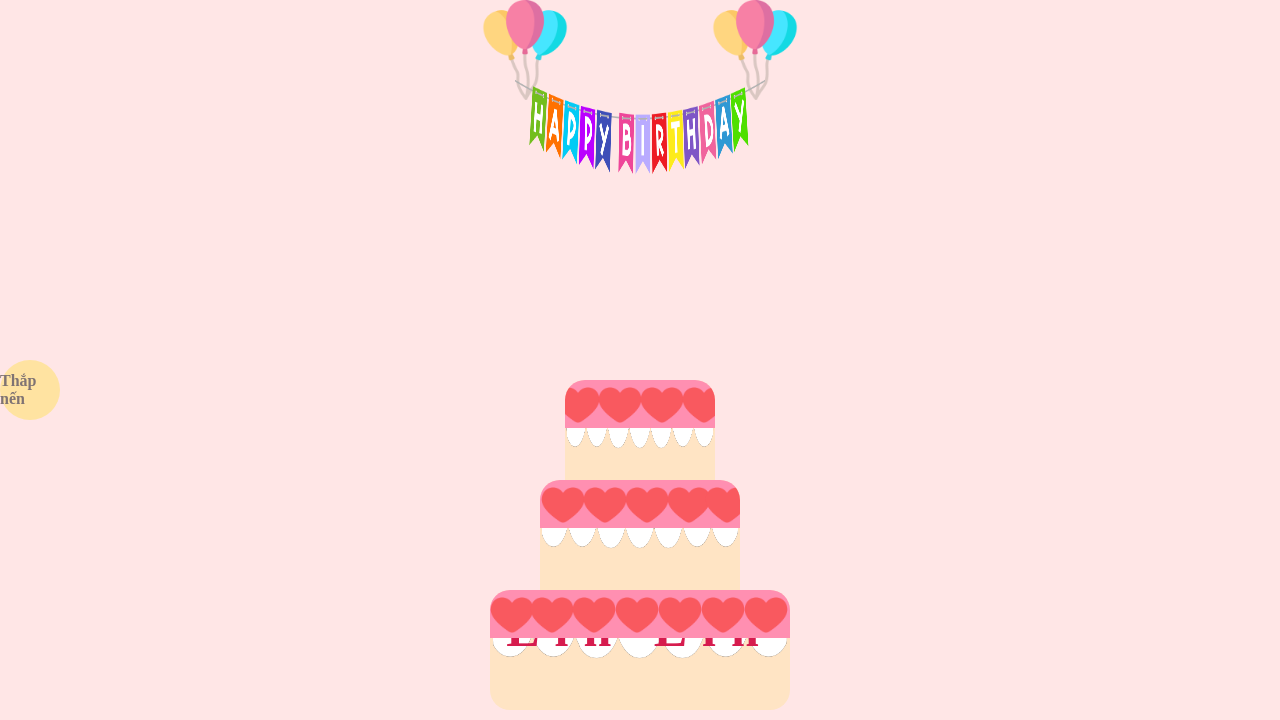
Repository: iphoneboy46/happybirthday
Page: index.html
The author's editor kept a copy of each file at every save. The page is drawn from the files as they stood at one save, then again after the next save.
The browser window is 1280 px wide. The pictures show the whole page.
Some web fonts or font styles are not loaded; a fallback is used.

Above is the page before, as saved 2022-11-28 21:34:53.

### index.html
<!DOCTYPE html>
<html lang="en">
  <head>
    <meta charset="UTF-8" />
    <meta http-equiv="X-UA-Compatible" content="IE=edge" />
    <meta name="viewport" content="width=device-width, initial-scale=1.0" />
    <title>Happy Birthday</title>
    <link rel="stylesheet" href="style.css" />
  </head>
  <body>
    <div class="container">
      <div class="cake">
        <div class="top--cake">
          <div class="img-wavy">
            <img src="image/img1.png" alt="" />
          </div>

          <div class="img-heart-1--top">
            <img src="image/heart.png" alt="" />
          </div>
          <div class="img-heart-2--top">
            <img src="image/heart.png" alt="" />
          </div>
          <div class="img-heart-3--top">
            <img src="image/heart.png" alt="" />
          </div>
          <div class="img-heart-4--top">
            <img src="image/heart.png" alt="" />
          </div>

          <div class="border-cake"></div>
        </div>
        <div class="center--cake">
          <div class="img-wavy">
            <img src="image/img1.png" alt="" />
          </div>
          <div class="img-heart-1--center">
            <img src="image/heart.png" alt="" />
          </div>
          <div class="img-heart-2--center">
            <img src="image/heart.png" alt="" />
          </div>
          <div class="img-heart-3--center">
            <img src="image/heart.png" alt="" />
          </div>
          <div class="img-heart-4--center">
            <img src="image/heart.png" alt="" />
          </div>
          <div class="img-heart-5--center">
            <img src="image/heart.png" alt="" />
          </div>
          <div class="img-heart-6--center">
            <img src="image/heart.png" alt="" />
          </div>
          <div class="img-heart-7--center">
            <img src="image/heart.png" alt="" />
          </div>

          <div class="border-cake"></div>
        </div>
        <div class="bottom--cake">
          <div class="img-wavy">
            <img src="image/img1.png" alt="" />
          </div>

          <div class="img-heart-1">
            <img src="image/heart.png" alt="" />
          </div>
          <div class="img-heart-2">
            <img src="image/heart.png" alt="" />
          </div>
          <div class="img-heart-3">
            <img src="image/heart.png" alt="" />
          </div>
          <div class="img-heart-4">
            <img src="image/heart.png" alt="" />
          </div>
          <div class="img-heart-5">
            <img src="image/heart.png" alt="" />
          </div>
          <div class="img-heart-6">
            <img src="image/heart.png" alt="" />
          </div>
          <div class="img-heart-7">
            <img src="image/heart.png" alt="" />
          </div>
          <div class="img-heart-8">
            <img src="image/heart.png" alt="" />
          </div>

          <div class="border-cake"></div>
        </div>
        <div class="fire2">
          <img src="music/luanen.gif" alt="" />
        </div>
        <div class="fire4">
          <img src="music/luanen.gif" alt="" />
        </div>
        <div class="number2">
          <img src="image/number2png.png" alt="" />
        </div>
        <div class="number4">
          <img src="image/number4.png" alt="" />
        </div>
      </div>
      <h1 class="name">Lin Lin</h1>
      <h2 class="day">29-11</h2>
      <audio class="audioHpbd" controls autoplay>
        <source src="music/Happy Birthday -Piano Cover.mp3" type="audio/mpeg" />
      </audio>
      <div class="hpbd">
        <div class="text-hbbd">
          <img src="image/hbbdpng.png" alt="" />
        </div>
        <div class="bongbong1">
          <img src="image/balloon.png" alt="" />
        </div>
        <div class="bongbong2">
          <img src="image/balloon.png" alt="" />
        </div>
      </div>
      <div class="btnThapnen">Thắp nến</div>
      <div class="btnThoinen">Thổi nến</div>
    </div>
    <script src="index.js"></script>
  </body>
</html>

### style.css
@import url('https://fonts.googleapis.com/css2?family=Fleur+De+Leah&display=swap');

* {
    padding: 0;
    margin: 0;
    box-sizing: border-box;
    font-family: 'Fleur De Leah', cursive;

}

body {
    overflow: hidden;
}

.container {
    width: 100%;
    background-color: #FFE6E6;
    /* background-color: black; */
    height: 100vh;
    display: flex;
    justify-content: center;
    align-items: flex-end;

}

.cake {
    display: flex;
    flex-direction: column;
    justify-content: center;
    align-items: center;
    animation: cake-scale linear 5s;
}

@keyframes cake-scale {
    0% {
        transform: scale(0)
    }

    100% {
        transform: scale(1)
    }
}

.top--cake {
    position: relative;
    overflow: hidden;
    width: 150px;
    height: 100px;
    background-color: bisque;
    border-top-left-radius: 20px;
    border-top-right-radius: 20px;
}



.center--cake {
    position: relative;
    overflow: hidden;
    width: 200px;
    height: 110px;
    background-color: bisque;
    border-top-left-radius: 20px;
    border-top-right-radius: 20px;
}


.bottom--cake {
    position: relative;
    overflow: hidden;
    width: 300px;
    height: 120px;
    background-color: bisque;
    border-radius: 20px;
    margin-bottom: 10px;
}



.img-wavy {
    width: 100%;
    height: 70px;
}

.img-wavy img {
    width: 100%;
    height: 100%;
}

.img-heart-1 {
    z-index: 3;
    position: absolute;
    top: 0px;
    left: -3px;
    width: 50px;
    height: 50px;
}


.img-heart-1 img {
    width: 100%;
    height: 100%;
}

.img-heart-2 {
    z-index: 3;
    position: absolute;
    top: 0px;
    left: 37px;
    width: 50px;
    height: 50px;
}


.img-heart-2 img {
    width: 100%;
    height: 100%;
}


.img-heart-3 {
    z-index: 3;
    position: absolute;
    top: 0px;
    left: 79px;
    width: 50px;
    height: 50px;
}


.img-heart-3 img {
    width: 100%;
    height: 100%;
}

.img-heart-4 {
    z-index: 3;
    position: absolute;
    top: 0px;
    left: 122px;
    width: 50px;
    height: 50px;
}


.img-heart-4 img {
    width: 100%;
    height: 100%;
}

.img-heart-5 {
    z-index: 3;
    position: absolute;
    top: 0px;
    left: 165px;
    width: 50px;
    height: 50px;
}


.img-heart-5 img {
    width: 100%;
    height: 100%;
}

.img-heart-6 {
    z-index: 3;
    position: absolute;
    top: 0px;
    left: 208px;
    width: 50px;
    height: 50px;
}


.img-heart-6 img {
    width: 100%;
    height: 100%;
}

.img-heart-7 {
    z-index: 3;
    position: absolute;
    top: 0px;
    left: 251px;
    width: 50px;
    height: 50px;
}


.img-heart-7 img {
    width: 100%;
    height: 100%;
}



.border-cake {
    z-index: 2;
    position: absolute;
    top: 0;
    width: 100%;
    height: 48px;
    background-color: #FF8FB1;
}


.img-heart-1--center {
    z-index: 3;
    position: absolute;
    top: 0px;
    left: -2px;
    width: 50px;
    height: 50px;
}


.img-heart-1--center img {
    width: 100%;
    height: 100%;
}

.img-heart-2--center {
    z-index: 3;
    position: absolute;
    top: 0px;
    left: 40px;
    width: 50px;
    height: 50px;
}


.img-heart-2--center img {
    width: 100%;
    height: 100%;
}


.img-heart-3--center {
    z-index: 3;
    position: absolute;
    top: 0px;
    left: 82px;
    width: 50px;
    height: 50px;
}


.img-heart-3--center img {
    width: 100%;
    height: 100%;
}

.img-heart-4--center {
    z-index: 3;
    position: absolute;
    top: 0px;
    left: 124px;
    width: 50px;
    height: 50px;
}


.img-heart-4--center img {
    width: 100%;
    height: 100%;
}

.img-heart-5--center {
    z-index: 3;
    position: absolute;
    top: 0px;
    left: 260px;
    width: 50px;
    height: 50px;
}


.img-heart-5--center img {
    width: 100%;
    height: 100%;
}

.img-heart-6--center {
    z-index: 3;
    position: absolute;
    top: 0px;
    left: 330px;
    width: 50px;
    height: 50px;
}


.img-heart-6--center img {
    width: 100%;
    height: 100%;
}

.img-heart-7--center {
    z-index: 3;
    position: absolute;
    top: 0px;
    left: 162px;
    width: 50px;
    height: 50px;
}


.img-heart-7--center img {
    width: 100%;
    height: 100%;
}



.img-heart-1--top {
    z-index: 3;
    position: absolute;
    top: 0px;
    left: -12px;
    width: 50px;
    height: 50px;
}


.img-heart-1--top img {
    width: 100%;
    height: 100%;
}

.img-heart-2--top {
    z-index: 3;
    position: absolute;
    top: 0px;
    left: 30px;
    width: 50px;
    height: 50px;
}


.img-heart-2--top img {
    width: 100%;
    height: 100%;
}


.img-heart-3--top {
    z-index: 3;
    position: absolute;
    top: 0px;
    left: 72px;
    width: 50px;
    height: 50px;
}


.img-heart-3--top img {
    width: 100%;
    height: 100%;
}

.img-heart-4--top {
    z-index: 3;
    position: absolute;
    top: 0px;
    left: 114px;
    width: 50px;
    height: 50px;
}


.img-heart-4--top img {
    width: 100%;
    height: 100%;
}

.number2 {
    position: absolute;
    width: 60px;
    height: 92px;
    top: 242px;
    left: 40%;
    transform: translateX(-50%);
    animation: num linear 10s
}


.number2 img {
    width: 100%;
    height: 100%;
}

.number4 {
    position: absolute;
    width: 100px;
    height: 100px;
    top: 242px;
    left: 59%;
    transform: translateX(-50%);
    animation: num linear 10s
}

@keyframes num {
    0% {
        top: -2000px;
        opacity: 0;
    }

    100% {
        top: 242px;
        opacity: 1;
    }
}

.number4 img {
    width: 100%;
    height: 100%;
}


.hpbd {
    top: 0px;
    position: absolute;
    animation: topText linear 5s;
}

@keyframes topText {
    0% {
        top: 1000px;
    }

    100% {
        top: 0px;
    }
}


.text-hbbd {
    transform: translateX(-50%);
    position: absolute;
    top: 80px;
    left: 50%;
    width: 250px;
    height: 100px;
    z-index: 10;

}



.text-hbbd img {
    width: 100%;
    height: 100%;
}

.bongbong1 {
    position: absolute;
    width: 100px;
    height: 100px;
    left: 65px;
    top: 0px;

    animation: dungdua1 linear 5s infinite;
}

@keyframes dungdua1 {
    0% {
        transform: rotate(0deg)
    }


    50% {
        transform: rotate(10deg)
    }

    100% {
        transform: rotate(0deg)
    }
}



.bongbong1 img {
    width: 100%;
    height: 100%;
}


.bongbong2 {
    position: absolute;
    width: 100px;
    height: 100px;
    right: 65px;
    top: 0px;
    animation: dungdua2 linear 5s infinite;
    animation-delay: 15s;
}

@keyframes dungdua2 {
    0% {
        transform: rotate(0deg)
    }


    50% {
        transform: rotate(-10deg)
    }

    100% {
        transform: rotate(0deg)
    }
}

.bongbong2 img {
    width: 100%;
    height: 100%;
}

.audioHpbd {
    display: none;
}

.name {
    text-align: center;
    top: 600px;
    position: absolute;
    font-size: 50px;
    letter-spacing: 15px;
    color: #D61C4E;
    animation: cake-scale linear 5s;

}


.day {
    text-align: center;
    top: 490px;
    position: absolute;
    font-size: 40px;
    letter-spacing: 15px;
    color: #D61C4E;
    animation: cake-scale linear 5s;

}


.fire2 {
    display: none;
    position: absolute;
    top: 205px;
    left: 135px;
    width: 50px;
    height: 50px;
}

.fire2 img {
    width: 100%;
    height: 100%;
}


.fire4 {
    display: none;
    position: absolute;
    top: 205px;
    right: 128px;
    width: 50px;
    height: 50px;
}

.fire4 img {
    width: 100%;
    height: 100%;
}

.btnThapnen {
    display: flex;
    justify-content: center;
    align-items: center;
    flex-direction: column;
    border-radius: 50%;
    width: 60px;
    height: 60px;
    position: absolute;
    font-weight: bolder;
    top: 50%;
    left: 0;
    user-select: none;
    background-color: #FFE15D;
    animation: thapNen linear 10s;
    opacity: 1;
}

@keyframes thapNen {
    0%{
        opacity: 0;
    }
    100%{
        opacity: 1;
    }
}


.btnThoinen {
    display: flex;
    justify-content: center;
    align-items: center;
    flex-direction: column;
    border-radius: 50%;
    width: 60px;
    height: 60px;
    position: absolute;
    font-weight: bolder;
    top: 50%;
    right:0;
    user-select: none;
    background-color: #FFE15D;
    display: none;
}

### index.js
const btnThapnen = document.querySelector(".btnThapnen");
const btnThoinen = document.querySelector(".btnThoinen");

const con = document.querySelector(".container");
const fire2 = document.querySelector(".fire2");
const fire4 = document.querySelector(".fire4");


btnThapnen.onclick = () => {
    btnThoinen.style.display = "flex";
    btnThapnen.style.display ="none"
    con.style.backgroundColor = "black";
    fire2.style.display = "block";
    fire4.style.display = "block";

};


btnThoinen.onclick = () => {
    btnThoinen.style.display = "none";
    btnThapnen.style.display ="flex"
    con.style.backgroundColor = "#FFE6E6";
    fire2.style.display = "none";
    fire4.style.display = "none";
};

After the next save:
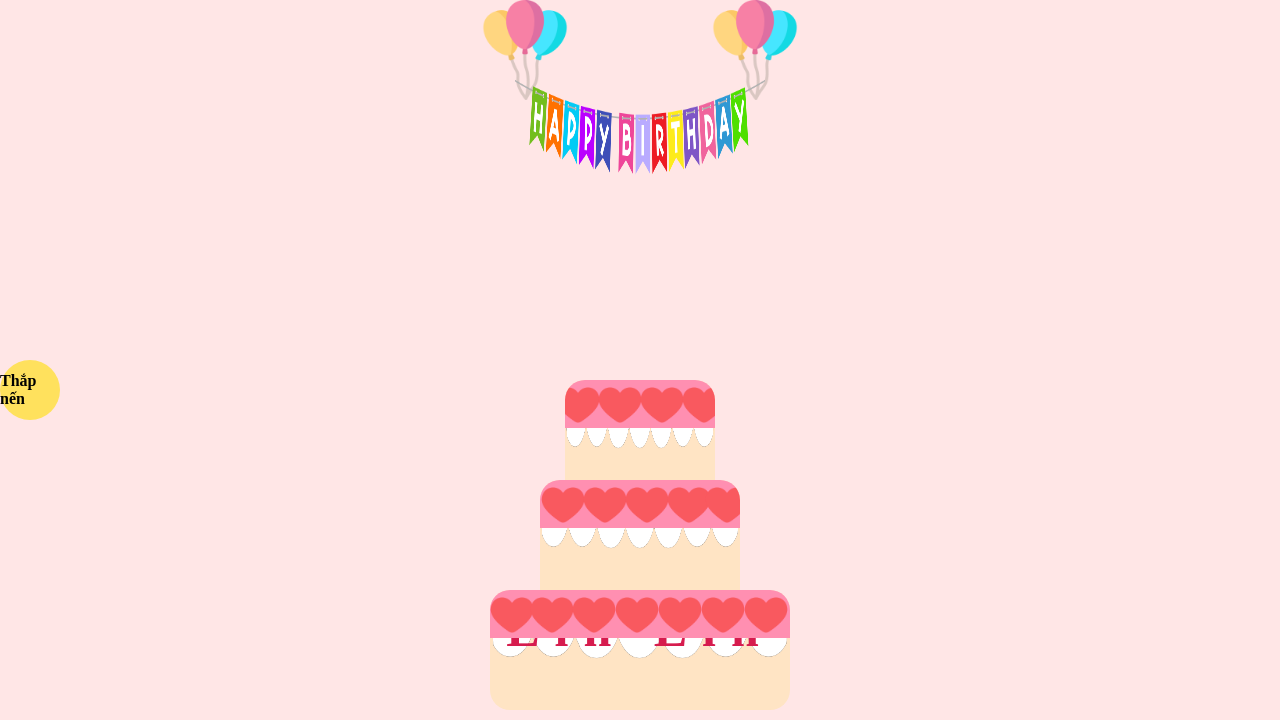
Saved 9 s later.
--- a/style.css
+++ b/style.css
@@ -587,7 +587,9 @@
     user-select: none;
     background-color: #FFE15D;
     animation: thapNen linear 10s;
+    animation-delay: 20s;
     opacity: 1;
+
 }
 
 @keyframes thapNen {

After the save that followed:
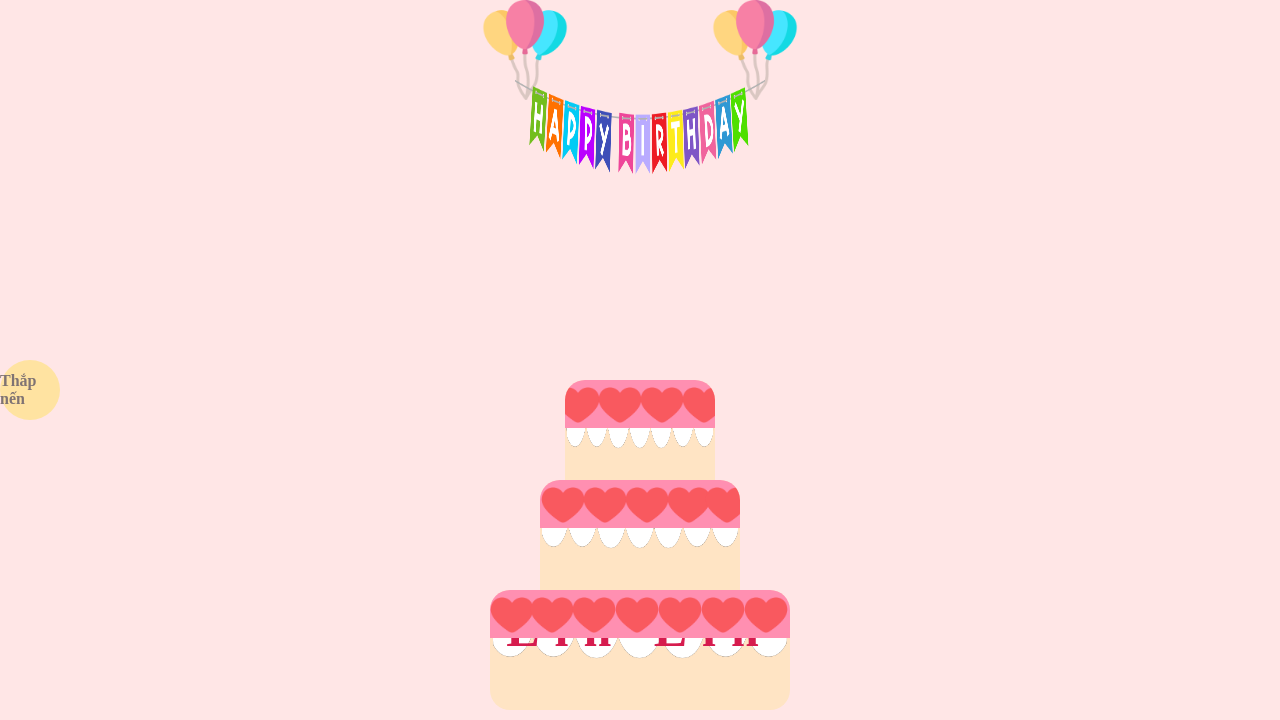
Saved 8 s later.
--- a/style.css
+++ b/style.css
@@ -587,7 +587,7 @@
     user-select: none;
     background-color: #FFE15D;
     animation: thapNen linear 10s;
-    animation-delay: 20s;
+
     opacity: 1;
 
 }
